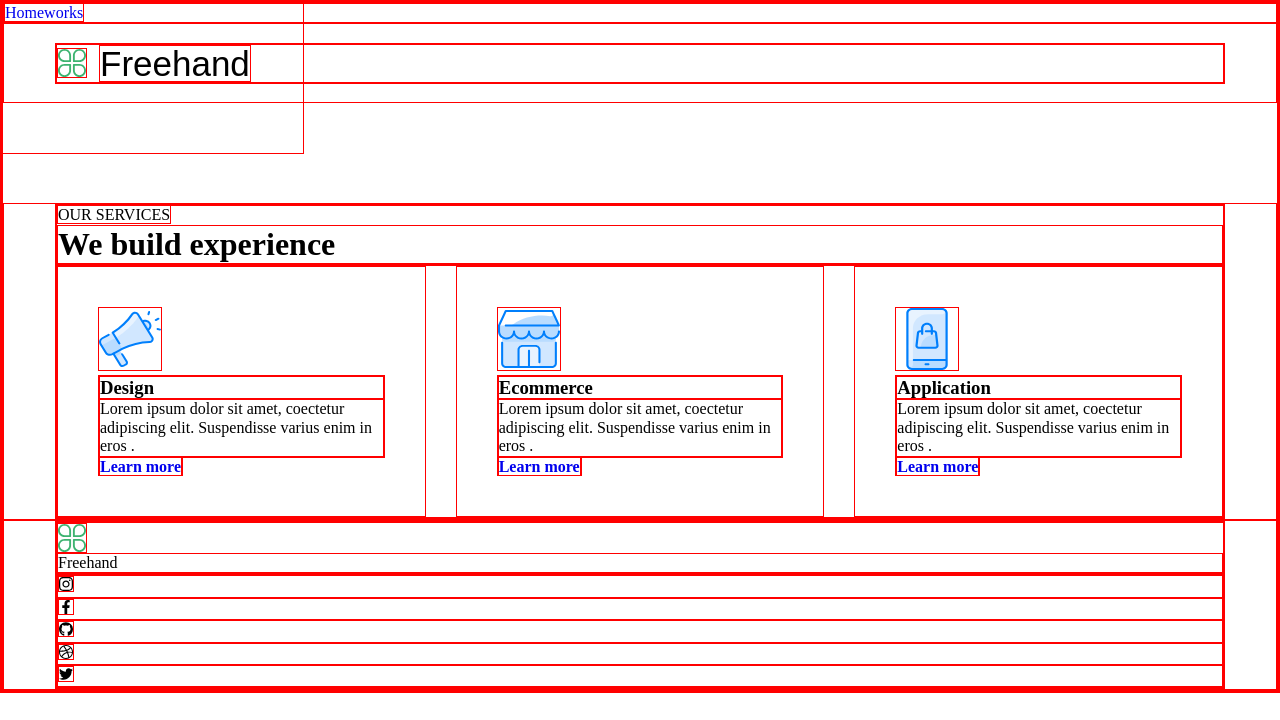
Repository: Tsiniavska/beetroot-test-project
Page: Homeworks/svg/index.html
These files come from the project's save history. The page is drawn as it stood at one moment and after the next save; the edit follows.
The browser window is 1280 px wide. The pictures show the whole page.
Some web fonts or font styles are not loaded; a fallback is used.

Above is the page before, as saved 2024-02-28 22:18:10.

### Homeworks/svg/index.html
<!DOCTYPE html>
<html lang="en">
  <head>
    <meta charset="UTF-8" />
    <meta name="viewport" content="width=device-width, initial-scale=1.0" />
    <title>SVG</title>
    <!-- Fonts -->

    <link rel="preconnect" href="https://fonts.googleapis.com" />
    <link rel="preconnect" href="https://fonts.gstatic.com" crossorigin />
    <link
      href="https://fonts.googleapis.com/css2?family=Nunito+Sans:ital,opsz,wght@0,6..12,200..1000;1,6..12,200..1000&family=Roboto&display=swap"
      rel="stylesheet"
    />
    <link rel="preconnect" href="https://fonts.googleapis.com" />
    <link rel="preconnect" href="https://fonts.gstatic.com" crossorigin />
    <link
      href="https://fonts.googleapis.com/css2?family=Quicksand:wght@500&display=swap"
      rel="stylesheet"
    />

    <!-- Styles -->
    <link rel="stylesheet" href="../../styles/normalize.css" />
    <link rel="stylesheet" href="../../styles/main.css" />
    <link rel="stylesheet" href="./index.css" />
    <link rel="stylesheet" href="./variables.css" />
  </head>
  <body>
    <!-- Icons -->
    <svg
      aria-hidden="true"
      style="position: absolute; overflow: hidden"
      xmlns="http://www.w3.org/2000/svg"
      xmlns:xlink="http://www.w3.org/1999/xlink"
    >
      <defs>
        <symbol id="icon-logo" viewBox="0 0 32 32">
          <path
            d="M7.467 0c-4.124 0-7.467 3.343-7.467 7.467s3.343 7.467 7.467 7.467v0h6.4c0.589 0 1.067-0.478 1.067-1.067v0-6.4c0-4.124-3.343-7.467-7.467-7.467v0zM2.133 7.467c0-2.946 2.388-5.333 5.333-5.333s5.333 2.388 5.333 5.333v0 5.333h-5.333c-2.946 0-5.333-2.388-5.333-5.333v0zM7.467 32c-4.124 0-7.467-3.343-7.467-7.467s3.343-7.467 7.467-7.467v0h6.4c0.589 0 1.067 0.478 1.067 1.067v0 6.4c0 4.124-3.343 7.467-7.467 7.467v0zM2.133 24.533c0 2.945 2.388 5.333 5.333 5.333s5.333-2.388 5.333-5.333v0-5.333h-5.333c-2.946 0-5.333 2.388-5.333 5.333v0zM32 7.467c0-4.124-3.343-7.467-7.467-7.467s-7.467 3.343-7.467 7.467v0 6.4c0 0.589 0.478 1.067 1.067 1.067v0h6.4c4.124 0 7.467-3.343 7.467-7.467v0zM24.533 2.133c2.945 0 5.333 2.388 5.333 5.333s-2.388 5.333-5.333 5.333v0h-5.333v-5.333c0-2.946 2.388-5.333 5.333-5.333v0zM24.533 32c4.124 0 7.467-3.343 7.467-7.467s-3.343-7.467-7.467-7.467v0h-6.4c-0.589 0-1.067 0.478-1.067 1.067v0 6.4c0 4.124 3.343 7.467 7.467 7.467v0zM29.867 24.533c0 2.945-2.388 5.333-5.333 5.333s-5.333-2.388-5.333-5.333v0-5.333h5.333c2.945 0 5.333 2.388 5.333 5.333v0z"
          ></path>
        </symbol>
        <symbol id="icon-twitter" viewBox="0 0 32 32">
          <path
            d="M28.711 9.482c0.020 0.284 0.020 0.569 0.020 0.853 0 8.67-6.599 18.66-18.66 18.66-3.716 0-7.168-1.076-10.071-2.944 0.528 0.061 1.036 0.081 1.584 0.081 3.066 0 5.888-1.036 8.142-2.802-2.883-0.061-5.3-1.949-6.132-4.548 0.406 0.061 0.812 0.102 1.239 0.102 0.589 0 1.178-0.081 1.726-0.223-3.005-0.609-5.259-3.249-5.259-6.437v-0.081c0.873 0.487 1.888 0.792 2.964 0.832-1.766-1.178-2.924-3.188-2.924-5.462 0-1.218 0.325-2.335 0.893-3.31 3.228 3.98 8.081 6.579 13.523 6.863-0.101-0.487-0.162-0.995-0.162-1.502 0-3.614 2.924-6.558 6.558-6.558 1.888 0 3.594 0.792 4.792 2.071 1.482-0.284 2.904-0.833 4.163-1.584-0.487 1.523-1.523 2.802-2.883 3.614 1.32-0.142 2.599-0.508 3.777-1.015-0.893 1.299-2.010 2.457-3.289 3.391z"
          ></path>
        </symbol>
        <symbol id="icon-facebook" viewBox="0 0 32 32">
          <path
            d="M23.446 18l0.889-5.791h-5.557v-3.758c0-1.584 0.776-3.129 3.265-3.129h2.526v-4.931c0 0-2.293-0.391-4.484-0.391-4.576 0-7.567 2.774-7.567 7.795v4.414h-5.087v5.791h5.087v14h6.261v-14h4.668z"
          ></path>
        </symbol>
        <symbol id="icon-instagram" viewBox="0 0 32 32">
          <path
            d="M16.004 7.797c-4.54 0-8.203 3.662-8.203 8.203s3.662 8.203 8.203 8.203 8.203-3.662 8.203-8.203c0-4.54-3.662-8.203-8.203-8.203zM16.004 21.333c-2.934 0-5.333-2.392-5.333-5.333s2.392-5.333 5.333-5.333 5.333 2.392 5.333 5.333c0 2.941-2.399 5.333-5.333 5.333zM26.455 7.462c0 1.064-0.857 1.913-1.913 1.913-1.064 0-1.913-0.857-1.913-1.913s0.857-1.913 1.913-1.913c1.057 0 1.913 0.857 1.913 1.913zM31.887 9.404c-0.121-2.563-0.707-4.833-2.584-6.703-1.87-1.87-4.14-2.456-6.703-2.584-2.641-0.15-10.558-0.15-13.2 0-2.556 0.121-4.826 0.707-6.703 2.577s-2.456 4.141-2.584 6.703c-0.15 2.641-0.15 10.558 0 13.2 0.121 2.563 0.707 4.833 2.584 6.703s4.141 2.456 6.703 2.584c2.641 0.15 10.558 0.15 13.2 0 2.563-0.121 4.833-0.707 6.703-2.584 1.87-1.87 2.456-4.141 2.584-6.703 0.15-2.641 0.15-10.551 0-13.193zM28.475 25.431c-0.557 1.399-1.635 2.477-3.041 3.041-2.106 0.835-7.103 0.642-9.43 0.642s-7.332 0.186-9.43-0.642c-1.399-0.557-2.477-1.635-3.041-3.041-0.835-2.106-0.643-7.103-0.643-9.431s-0.186-7.332 0.643-9.43c0.557-1.399 1.635-2.477 3.041-3.041 2.106-0.835 7.103-0.643 9.43-0.643s7.332-0.186 9.43 0.643c1.399 0.557 2.477 1.635 3.041 3.041 0.835 2.106 0.643 7.103 0.643 9.43s0.193 7.332-0.643 9.431z"
          ></path>
        </symbol>
        <symbol id="icon-github" viewBox="0 0 32 32">
          <path
            d="M10.703 25.522c0 0.129-0.148 0.232-0.335 0.232-0.213 0.019-0.361-0.084-0.361-0.232 0-0.129 0.148-0.232 0.335-0.232 0.194-0.019 0.361 0.084 0.361 0.232zM8.697 25.232c-0.045 0.129 0.084 0.277 0.277 0.316 0.168 0.065 0.361 0 0.4-0.129s-0.084-0.277-0.277-0.336c-0.168-0.045-0.355 0.019-0.4 0.148zM11.548 25.122c-0.187 0.045-0.316 0.168-0.297 0.316 0.019 0.129 0.187 0.213 0.381 0.168 0.187-0.045 0.316-0.168 0.297-0.297-0.019-0.123-0.194-0.206-0.381-0.187zM15.794 0.4c-8.948 0-15.794 6.794-15.794 15.742 0 7.155 4.503 13.277 10.935 15.432 0.826 0.148 1.116-0.361 1.116-0.781 0-0.4-0.019-2.607-0.019-3.961 0 0-4.516 0.968-5.465-1.923 0 0-0.736-1.877-1.794-2.361 0 0-1.477-1.013 0.103-0.993 0 0 1.606 0.129 2.49 1.664 1.413 2.49 3.781 1.774 4.703 1.348 0.148-1.032 0.568-1.748 1.032-2.174-3.606-0.4-7.245-0.923-7.245-7.129 0-1.774 0.49-2.665 1.523-3.8-0.168-0.419-0.716-2.148 0.168-4.381 1.348-0.419 4.452 1.742 4.452 1.742 1.29-0.361 2.677-0.548 4.052-0.548s2.761 0.187 4.052 0.548c0 0 3.103-2.168 4.452-1.742 0.884 2.239 0.336 3.961 0.168 4.381 1.032 1.142 1.664 2.032 1.664 3.8 0 6.226-3.8 6.723-7.406 7.129 0.594 0.51 1.097 1.477 1.097 2.993 0 2.174-0.019 4.865-0.019 5.394 0 0.419 0.297 0.929 1.116 0.781 6.452-2.142 10.826-8.264 10.826-15.419 0-8.948-7.258-15.742-16.206-15.742zM6.271 22.651c-0.084 0.064-0.064 0.213 0.045 0.335 0.103 0.103 0.252 0.148 0.335 0.065 0.084-0.065 0.064-0.213-0.045-0.336-0.103-0.103-0.252-0.148-0.335-0.064zM5.574 22.129c-0.045 0.084 0.019 0.187 0.148 0.252 0.103 0.064 0.232 0.045 0.277-0.045 0.045-0.084-0.019-0.187-0.148-0.252-0.129-0.039-0.232-0.019-0.277 0.045zM7.665 24.425c-0.103 0.084-0.064 0.277 0.084 0.4 0.148 0.148 0.336 0.168 0.419 0.065 0.084-0.084 0.045-0.277-0.084-0.4-0.142-0.148-0.335-0.168-0.419-0.065zM6.929 23.477c-0.103 0.064-0.103 0.232 0 0.381s0.277 0.213 0.361 0.148c0.103-0.084 0.103-0.252 0-0.4-0.090-0.148-0.258-0.213-0.361-0.129z"
          ></path>
        </symbol>
        <symbol id="icon-dribbble" viewBox="0 0 32 32">
          <path
            d="M16 0c-8.822 0-16 7.178-16 16s7.178 16 16 16c8.822 0 16-7.178 16-16s-7.178-16-16-16zM26.579 7.378c1.903 2.326 3.056 5.288 3.086 8.513-0.451-0.095-4.969-1.012-9.516-0.44-0.371-0.906-0.721-1.703-1.201-2.685 5.053-2.063 7.343-4.999 7.631-5.389zM25.059 5.798c-0.246 0.35-2.303 3.115-7.163 4.937-2.239-4.115-4.722-7.495-5.099-8.001 4.334-1.045 8.901 0.082 12.262 3.064zM10.19 3.653c0.36 0.494 2.802 3.878 5.067 7.904-6.393 1.698-12.023 1.673-12.634 1.665 0.886-4.241 3.744-7.765 7.568-9.569zM2.334 16.021c0-0.14 0.003-0.279 0.007-0.418 0.598 0.012 7.221 0.098 14.046-1.945 0.391 0.766 0.765 1.543 1.108 2.319-4.942 1.392-9.432 5.389-11.647 9.181-2.183-2.423-3.513-5.628-3.513-9.138zM7.611 26.802c1.428-2.918 5.302-6.685 10.811-8.565 1.919 4.986 2.712 9.165 2.915 10.364-4.394 1.872-9.678 1.358-13.727-1.799zM23.636 27.35c-0.14-0.831-0.867-4.832-2.655-9.744 4.283-0.685 8.045 0.437 8.513 0.584-0.609 3.803-2.792 7.087-5.858 9.16z"
          ></path>
        </symbol>
        <symbol id="icon-phone" viewBox="0 0 32 32">
          <path
            class="icon-change-color"
            fill="#d1e7ff"
            style="fill: var(--color1, #d1e7ff)"
            d="M23.839 0.533c1.259 0 2.28 0.955 2.28 2.133v26.667c0 1.178-1.021 2.133-2.28 2.133h-15.678c-1.259 0-2.28-0.955-2.28-2.133v-26.667c0-1.178 1.021-2.133 2.28-2.133h15.678z"
          ></path>
          <path
            class="icon-change-color"
            fill="#b9dcff"
            style="fill: var(--color2, #b9dcff)"
            d="M19.586 11.981c0.546 0 1.003 0.385 1.063 0.892l0.762 6.552c0.069 0.591-0.426 1.108-1.063 1.108h-8.697c-0.636 0-1.132-0.517-1.063-1.108l0.762-6.552c0.059-0.507 0.517-0.892 1.063-0.892h7.172z"
          ></path>
          <path
            class="icon-change-color"
            fill="#e8f3ff"
            style="fill: var(--color3, #e8f3ff)"
            d="M23.947 0.536c1.834 0.080 1.737 2.664-0.099 2.664h-7.42c-4.251 0-7.696 3.224-7.696 7.2v21.067h-0.57c-1.259 0-2.28-0.955-2.28-2.133v-26.667c0-1.178 1.021-2.133 2.28-2.133 0.103 0 15.702-0.001 15.786 0.002z"
          ></path>
          <path
            class="icon-change-color"
            fill="#b9dcff"
            style="fill: var(--color2, #b9dcff)"
            d="M26.119 26.8v2.533c0 1.178-1.021 2.133-2.28 2.133h-15.678c-1.259 0-2.28-0.955-2.28-2.133v-2.533h20.238z"
          ></path>
          <path
            class="icon-change-color"
            fill="#d1e7ff"
            style="fill: var(--color1, #d1e7ff)"
            d="M8.731 26.8v2.541c0 1.737-2.85 1.826-2.85-0.008v-2.533h2.85z"
          ></path>
          <path
            class="icon-change-color"
            fill="#d1e7ff"
            style="fill: var(--color1, #d1e7ff)"
            d="M19.586 13.981c-3.453 0-6.276 2.432-6.64 5.565-0.065 0.562-0.572 0.987-1.176 0.987h-0.118c-0.636 0-1.132-0.517-1.063-1.108l0.762-6.552c0.059-0.507 0.517-0.892 1.063-0.892h7.172c0.545 0 1.003 0.384 1.063 0.892 0.069 0.593-0.427 1.108-1.062 1.108z"
          ></path>
          <path
            class="icon-change-color"
            fill="#007ffc"
            style="fill: var(--color4, #007ffc)"
            d="M23.839 0h-15.678c-1.572 0-2.85 1.196-2.85 2.667v26.667c0 1.47 1.279 2.667 2.85 2.667h15.678c1.572 0 2.851-1.196 2.851-2.667v-26.667c0-1.47-1.279-2.667-2.851-2.667zM23.839 30.933h-15.678c-0.943 0-1.71-0.718-1.71-1.6v-26.667c0-0.882 0.767-1.6 1.71-1.6h15.678c0.943 0 1.71 0.718 1.71 1.6v23.6h-16.319c-0.315 0-0.57 0.239-0.57 0.533s0.255 0.533 0.57 0.533h16.319v2c0 0.882-0.767 1.6-1.71 1.6zM17.283 29c0 0.295-0.255 0.533-0.57 0.533h-1.425c-0.315 0-0.57-0.239-0.57-0.533s0.255-0.533 0.57-0.533h1.425c0.315 0 0.57 0.239 0.57 0.533zM11.652 21.067h8.697c0.975 0 1.735-0.793 1.629-1.699l-0.762-6.552c-0.091-0.779-0.791-1.367-1.629-1.367h-0.528v-0.987c-0-1.578-1.372-2.861-3.058-2.861s-3.058 1.283-3.058 2.861v0.987h-0.528c-0.838 0-1.539 0.588-1.629 1.367l-0.762 6.552c-0.106 0.907 0.655 1.699 1.629 1.699zM11.156 19.483l0.762-6.552c0.028-0.237 0.241-0.416 0.496-0.416h0.528v0.832c0 0.295 0.255 0.533 0.57 0.533s0.57-0.239 0.57-0.533v-2.886c0-0.989 0.86-1.794 1.918-1.794s1.918 0.805 1.918 1.794v0.987h-2.466c-0.315 0-0.57 0.239-0.57 0.533s0.255 0.533 0.57 0.533h2.466v0.832c0 0.295 0.255 0.533 0.57 0.533s0.57-0.239 0.57-0.533v-0.832h0.528c0.255 0 0.468 0.179 0.496 0.416l0.762 6.552c0.032 0.276-0.198 0.517-0.496 0.517h-8.697c-0.297 0-0.528-0.24-0.496-0.517z"
          ></path>
        </symbol>
        <symbol id="icon-megaphone" viewBox="0 0 32 32">
          <path
            fill="#d1e7ff"
            style="fill: var(--color1, #d1e7ff)"
            d="M27.482 15.2c0.639 1.036-0.127 2.337-1.405 2.383-4.667 0.171-9.425 1.261-13.911 3.408l-1.483 0.801c0 0.006-0.020-0.033 3.591 5.843 0.331 0.538 0.135 1.224-0.439 1.535l-1.17 0.632c-0.574 0.31-1.309 0.126-1.64-0.412l-3.602-5.836-0.585 0.316c-1.149 0.62-2.617 0.252-3.281-0.823l-2.701-4.377c-0.663-1.075-0.269-2.449 0.879-3.069l5.329-2.878c4.072-2.464 7.523-5.728 10.11-9.566 0.682-1.012 2.269-0.983 2.909 0.053l2.311 3.746c1.328-0.717 3.027-0.291 3.793 0.951s0.311 2.831-1.017 3.548l2.312 3.746z"
          ></path>
          <path
            fill="#d1e7ff"
            style="fill: var(--color1, #d1e7ff)"
            d="M26.186 7.906c0.767 1.242 0.311 2.831-1.017 3.548l-2.777-4.499c1.328-0.717 3.027-0.291 3.793 0.951z"
          ></path>
          <path
            fill="#e8f3ff"
            style="fill: var(--color3, #e8f3ff)"
            d="M20.082 3.209c0.319 0.517 0.299 1.159-0.054 1.657-2.848 4.014-6.664 7.641-11.332 10.466l-6.243 3.372c-0.429 0.232-0.768 0.553-1.005 0.924l-0.592-0.959c-0.663-1.075-0.269-2.449 0.879-3.069l5.329-2.878c4.072-2.464 7.523-5.728 10.11-9.566 0.682-1.012 2.269-0.983 2.909 0.053z"
          ></path>
          <path
            fill="#b9dcff"
            style="fill: var(--color2, #b9dcff)"
            d="M7.063 12.723l5.103 8.269c-1.023 0.552-4.308 2.326-5.329 2.878-1.149 0.62-2.617 0.252-3.281-0.823l-2.701-4.377c-0.663-1.075-0.269-2.449 0.879-3.069l5.329-2.878z"
          ></path>
          <path
            fill="#d1e7ff"
            style="fill: var(--color1, #d1e7ff)"
            d="M8.679 15.341c-6.781 3.662-6.331 3.407-6.55 3.566-0.412 0.3-1.013 0.185-1.274-0.238-0.663-1.075-0.269-2.449 0.879-3.069l5.329-2.878 1.616 2.619z"
          ></path>
          <path
            fill="#b9dcff"
            style="fill: var(--color2, #b9dcff)"
            d="M11.653 23.373c-1.897 1.028-0.501 0.271-3.257 1.759l-0.975-1.578 3.261-1.761 0.971 1.58z"
          ></path>
          <path
            fill="#b9dcff"
            style="fill: var(--color2, #b9dcff)"
            d="M26.020 10.741c-0.22 0.283-0.506 0.528-0.851 0.713l-2.777-4.499c0.345-0.186 0.715-0.295 1.086-0.332 0.14 0.226 2.419 3.921 2.541 4.118z"
          ></path>
          <path
            fill="#007ffc"
            style="fill: var(--color4, #007ffc)"
            d="M25.877 11.602c2.081-1.591 1.362-4.736-1.238-5.388-0.68-0.17-1.383-0.135-2.028 0.095l-2.067-3.349c-0.841-1.363-2.927-1.399-3.822-0.070-2.542 3.772-5.928 6.98-9.949 9.414-0.229 0.138-0.314 0.424-0.178 0.657 0.022 0.037 3.445 5.583 3.468 5.62 0.147 0.239 0.473 0.32 0.729 0.183s0.342-0.443 0.195-0.682l-3.21-5.202c3.834-2.397 7.229-5.571 9.848-9.458 0.468-0.695 1.557-0.674 1.996 0.037l7.4 11.991c0.439 0.711-0.087 1.604-0.964 1.636-4.917 0.179-9.732 1.356-14.133 3.462-0.019 0.009-5.009 2.705-5.353 2.89-0.892 0.482-2.037 0.195-2.552-0.64l-2.701-4.378c-0.515-0.834-0.208-1.905 0.684-2.387l3.251-1.756c0.255-0.138 0.342-0.443 0.195-0.682s-0.474-0.32-0.729-0.183l-3.251 1.756c-1.401 0.757-1.883 2.439-1.074 3.75l2.702 4.377c0.809 1.311 2.608 1.762 4.009 1.005l0.123-0.066 3.335 5.404c0.479 0.776 1.538 1.042 2.369 0.594l1.17-0.632c0.83-0.448 1.114-1.439 0.635-2.216l-2.364-3.83c-0.147-0.239-0.474-0.32-0.729-0.183s-0.342 0.443-0.195 0.682l2.364 3.83c0.184 0.299 0.075 0.68-0.244 0.853l-1.17 0.632c-0.319 0.172-0.727 0.070-0.912-0.229l-3.335-5.404 4.27-2.307c4.179-1.997 8.828-3.171 13.677-3.347 1.681-0.061 2.686-1.771 1.846-3.132l-2.067-3.349zM25.724 8.155c0.527 0.853 0.337 1.912-0.391 2.565l-2.179-3.531c0.955-0.262 2.035 0.099 2.57 0.966zM30.941 5.937l-1.38 0.745c-0.255 0.138-0.581 0.056-0.729-0.183s-0.060-0.544 0.195-0.682l1.38-0.745c0.255-0.138 0.581-0.056 0.729 0.183s0.060 0.544-0.195 0.682zM25.006 3.093l0.337-1.175c0.076-0.266 0.369-0.424 0.653-0.353s0.453 0.345 0.377 0.611l-0.337 1.175c-0.076 0.265-0.368 0.424-0.653 0.353-0.284-0.071-0.453-0.345-0.377-0.611zM31.982 11.265c-0.064 0.223-0.279 0.37-0.515 0.37-0.096 0-0.029 0.010-1.394-0.332-0.285-0.071-0.453-0.345-0.377-0.611s0.369-0.424 0.653-0.353l1.256 0.315c0.284 0.071 0.453 0.345 0.377 0.611z"
          ></path>
        </symbol>
        <symbol id="icon-building" viewBox="0 0 32 32">
          <path
            fill="#d1e7ff"
            style="fill: var(--color1, #d1e7ff)"
            d="M29.862 12.11v16.36c0 1.102-0.955 1.995-2.133 1.995h-23.461c-1.178 0-2.133-0.893-2.133-1.995 0-15.466-0.001-12.569 0.005-16.36h27.722z"
          ></path>
          <path
            fill="#b9dcff"
            style="fill: var(--color2, #b9dcff)"
            d="M29.862 12.11v3.779c0 0.818-0.701 1.495-1.575 1.498-0.010 0-24.561 0-24.578 0-0.874-0.004-1.574-0.681-1.574-1.498 0-1.091-0.001-0.338 0.005-3.779h27.722z"
          ></path>
          <path
            fill="#e8f3ff"
            style="fill: var(--color3, #e8f3ff)"
            d="M21.397 21.549v8.916h-10.798v-8.916c0-1.102 0.955-1.995 2.133-1.995h6.532c1.178 0 2.133 0.893 2.133 1.995z"
          ></path>
          <path
            fill="#b9dcff"
            style="fill: var(--color2, #b9dcff)"
            d="M31.462 12.11c0 1.996-1.73 3.617-3.866 3.617s-3.866-1.619-3.866-3.617c0 1.997-1.731 3.617-3.866 3.617s-3.866-1.619-3.866-3.617c0 1.997-1.731 3.617-3.866 3.617s-3.866-1.619-3.866-3.617c-0.003 1.984-1.749 3.617-3.866 3.617-2.114 0-3.862-1.63-3.866-3.617 0-3.143-0.009-2.95 0.023-3.094 0.032-0.142-0.19 0.36 3.164-6.881 0.169-0.365 0.554-0.601 0.978-0.601h22.595c0.424 0 0.809 0.236 0.978 0.601 3.356 7.246 3.132 6.74 3.164 6.881 0.032 0.144 0.023-0.053 0.023 3.094z"
          ></path>
          <path
            fill="#b9dcff"
            style="fill: var(--color2, #b9dcff)"
            d="M31.462 12.11c0 1.996-1.73 3.616-3.866 3.616s-3.866-1.619-3.866-3.616c0 1.997-1.731 3.616-3.866 3.616s-3.866-1.619-3.866-3.616c0 1.997-1.731 3.616-3.866 3.616s-3.866-1.619-3.866-3.616c-0.003 1.984-1.749 3.616-3.866 3.616-2.114 0-3.862-1.63-3.866-3.616-0.005-3.16-0.004-2.971 0.023-3.094h30.88c0.032 0.144 0.023-0.053 0.023 3.094z"
          ></path>
          <path
            fill="#fff"
            style="fill: var(--color5, #fff)"
            d="M27.008 4.2c-6.77-0.872-13.603 0.246-19.129 4.142-0.622 0.439-1.38 0.675-2.159 0.675h-5.16c0.032-0.142-0.19 0.36 3.164-6.881 0.169-0.365 0.554-0.601 0.978-0.601h22.595c0.425 0 0.809 0.236 0.978 0.601l0.149 0.321c0.416 0.899-0.378 1.878-1.415 1.744z"
          ></path>
          <path
            fill="#007ffc"
            style="fill: var(--color4, #007ffc)"
            d="M30.395 17.933v10.538c0 1.375-1.196 2.494-2.666 2.494h-23.461c-1.47 0-2.666-1.119-2.666-2.494v-10.538c0-0.275 0.239-0.499 0.533-0.499s0.533 0.223 0.533 0.499v10.538c0 0.825 0.718 1.497 1.6 1.497h5.799v-8.418c0-1.375 1.196-2.494 2.666-2.494h6.532c1.47 0 2.666 1.119 2.666 2.494v6.422c0 0.275-0.239 0.499-0.533 0.499s-0.533-0.223-0.533-0.499v-6.422c0-0.825-0.718-1.497-1.6-1.497h-6.532c-0.882 0-1.6 0.671-1.6 1.497v8.418h4.332v-7.857c0-0.275 0.239-0.499 0.533-0.499s0.533 0.223 0.533 0.499v7.857h11.197c0.882 0 1.6-0.671 1.6-1.497v-10.538c0-0.275 0.239-0.499 0.533-0.499s0.533 0.223 0.533 0.499zM3.468 9.016c0 0.275 0.239 0.499 0.533 0.499 29.011 0 27.573 0.049 27.785-0.104 0.111-0.080 0.183-0.195 0.203-0.326 0.030-0.2 0.221 0.293-3.504-7.75-0.085-0.182-0.277-0.3-0.489-0.3h-23.994c-0.212 0-0.405 0.118-0.489 0.3l-3.466 7.482c-0.061 0.132-0.044-0.078-0.044 3.293 0.004 2.269 1.977 4.115 4.399 4.115 1.665 0 3.118-0.872 3.865-2.155 1.668 2.868 6.062 2.871 7.733 0.002 1.67 2.867 6.061 2.867 7.732 0 0.746 1.281 2.199 2.153 3.866 2.153 2.426 0 4.399-1.846 4.399-4.115 0-0.275-0.239-0.499-0.533-0.499s-0.533 0.223-0.533 0.499c0 1.719-1.495 3.118-3.333 3.118s-3.332-1.399-3.332-3.118c0-0.275-0.239-0.499-0.533-0.499s-0.533 0.223-0.533 0.499c0 1.719-1.495 3.118-3.333 3.118s-3.333-1.399-3.333-3.118c0-0.275-0.239-0.499-0.533-0.499s-0.533 0.223-0.533 0.499c0 1.719-1.495 3.118-3.333 3.118-1.797 0-3.332-1.351-3.332-3.143 0-0.275-0.239-0.499-0.533-0.499s-0.533 0.223-0.533 0.499c0 1.777-1.526 3.143-3.333 3.143-1.835 0-3.33-1.399-3.333-3.118v-2.99l3.283-7.087h23.294l3.004 6.485h-26.648c-0.295 0-0.533 0.223-0.533 0.499z"
          ></path>
        </symbol>
      </defs>
    </svg>

    <div class="app">
      <!-- link homeworks -->
      <div>
        <a href="../../index.html">Homeworks</a>
      </div>

      <!-- Header -->
      <header class="header">
        <div class="wrapper">
          <div class="header-wrapper">
            <svg class="icon icon-logo">
              <use xlink:href="#icon-logo"></use>
            </svg>
            <div class="header-title">Freehand</div>
          </div>
        </div>
      </header>

      <!-- Main-->
      <main class="content">
        <div class="wrapper">
          <div class="content-topic">
            <span>OUR SERVICES</span>
            <h1 class="content-title">We build experience</h1>
          </div>

          <!-- content colums -->
          <div class="content-blocks">
            <div class="content-blocks-item">
              <svg class="icon icon-megaphone icon-content">
                <use xlink:href="#icon-megaphone"></use>
              </svg>
              <div class="content-blocks-item-text">
                <h3>Design</h3>
                <p>
                  Lorem ipsum dolor sit amet, coectetur adipiscing elit.
                  Suspendisse varius enim in eros .
                </p>
              </div>

              <a class="content-blocks-link" href="#"><b>Learn more</b></a>
            </div>
            <div class="content-blocks-item">
              <svg class="icon icon-building icon-content">
                <use xlink:href="#icon-building"></use>
              </svg>
              <div class="content-blocks-item-text">
                <h3>Ecommerce</h3>
                <p>
                  Lorem ipsum dolor sit amet, coectetur adipiscing elit.
                  Suspendisse varius enim in eros .
                </p>
              </div>

              <a class="content-blocks-link" href="#"><b>Learn more</b></a>
            </div>

            <div class="content-blocks-item">
              <svg class="icon icon-phone icon-content">
                <use xlink:href="#icon-phone"></use>
              </svg>
              <div class="content-blocks-item-text">
                <h3>Application</h3>
                <p>
                  Lorem ipsum dolor sit amet, coectetur adipiscing elit.
                  Suspendisse varius enim in eros .
                </p>
              </div>

              <a class="content-blocks-link" href="#"><b>Learn more</b></a>
            </div>
          </div>
        </div>
      </main>

      <!-- Footer -->
      <footer class="footer">
        <div class="wrapper footer-content">
          <div class="footer-logo">
            <svg class="icon icon-logo">
              <use xlink:href="#icon-logo"></use>
            </svg>
            <div class="footer-title">Freehand</div>
          </div>
          <div class="footer-icon-block">
            <div class="footer-icon-block-item">
              <svg class="icon icon-instagram icon-footer-size">
                <use xlink:href="#icon-instagram"></use>
              </svg>
            </div>
            <div class="footer-icon-block-item">
              <svg class="icon icon-facebook icon-footer-size">
                <use xlink:href="#icon-facebook"></use>
              </svg>
            </div>
            <div class="footer-icon-block-item">
              <svg class="icon icon-github icon-footer-size">
                <use xlink:href="#icon-github"></use>
              </svg>
            </div>
            <div class="footer-icon-block-item">
              <svg class="icon icon-dribbble icon-footer-size">
                <use xlink:href="#icon-dribbble"></use>
              </svg>
            </div>
            <div class="footer-icon-block-item">
              <svg class="icon icon-twitter icon-footer-size">
                <use xlink:href="#icon-twitter"></use>
              </svg>
            </div>
          </div>
        </div>
      </footer>
    </div>
  </body>
</html>

### styles/main.css
/* Global */
* {
  /* TODO removed */
  border: 1px solid red;
  box-sizing: border-box;
  padding: 0;
  margin: 0;
}

/* Body */
body {
  font-size: 16px;
}

/* Titles */
h1,
h2,
h3,
h4,
h5,
h6 {
  margin-bottom: 0;
  margin-top: 0;
}

img {
  width: 100%;
}

a {
  text-decoration: none;
}

ul {
  list-style-type: none;
}

.icon {
  display: inline-block;
  width: 1em;
  height: 1em;
  stroke-width: 0;
  stroke: currentColor;
  fill: currentColor;
}

### Homeworks/svg/index.css
.wrapper {
  max-width: 1170px;
  width: 100%;
  margin: 0 auto;
}

/* Header */

.header {
  min-height: var(--h-header);
  width: 100%;
  display: flex;
  align-items: center;
}

.header-wrapper {
  display: flex;
  align-items: center;
  gap: 12px;
}

.icon-logo {
  width: 30px;
  height: 30px;
  color: var(--c-green);
  display: flex;
}

.header-title {
  font-family: var(--f-logo);
  font-size: 35px;
  line-height: 35px;
}

/* Content blocks */

.content {
  margin-top: 100px;
}

.content-blocks {
  display: flex;
  align-items: center;
  gap: 30px;
}

.content-blocks-item {
  padding: 40px;
}

.icon-content {
  width: 64px;
  height: 64px;
}

.content-blocks-item-text {
  font-family: var(--f-text: "Roboto", sans-serif);
}

### Homeworks/svg/variables.css
:root {
  /* Color */
  --c-green: #3db370;
  --c-dark-blue: #16133d;
  --c-silver: #e5eaf4;
  --c-silver-2: #efeef3;
  --c-white: #ffffff;
  /* Fonts */
  --f-h1: "Nunito Sans", sans-serif;
  --f-text: "Roboto", sans-serif;
  --f-logo: "Quicksand", sans-serif;
  /* Height */
  --h-header: 80px;
  --h-footer: 210px;
}

Loaded but not shown: styles/normalize.css (library)

After the next save:
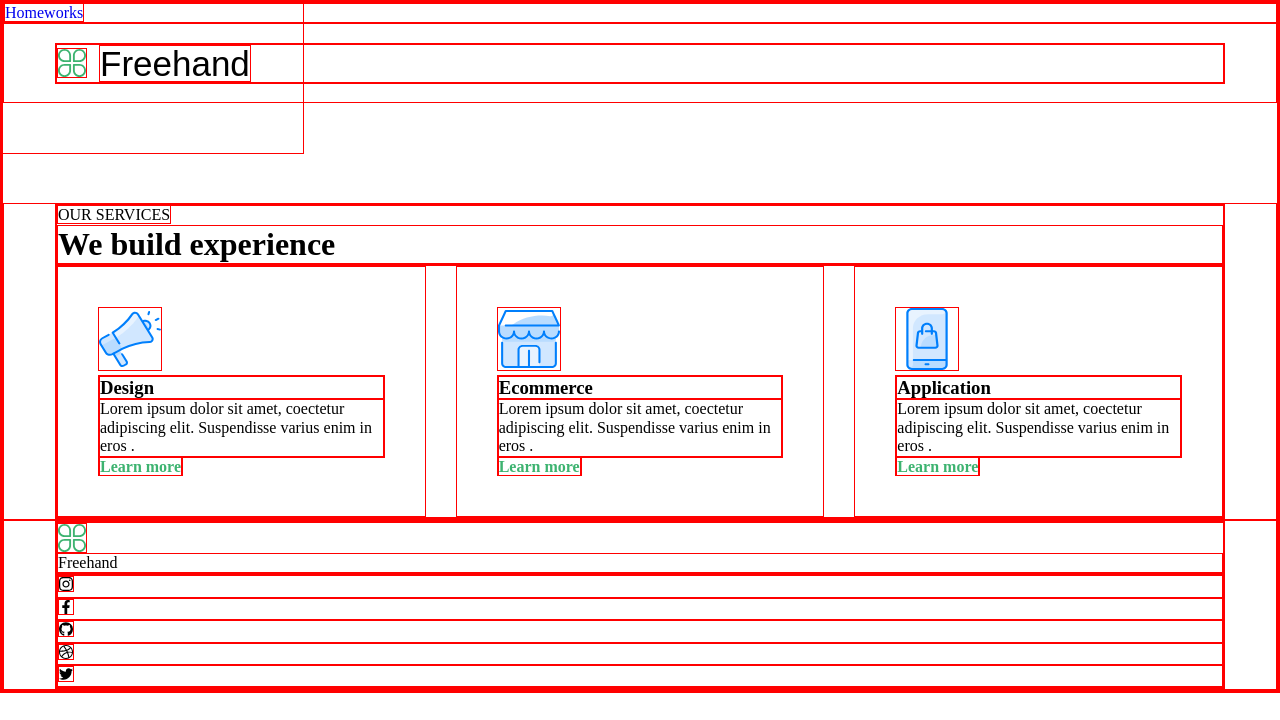
Saved 73 s later.
--- a/Homeworks/svg/index.css
+++ b/Homeworks/svg/index.css
@@ -56,3 +56,7 @@
 .content-blocks-item-text {
   font-family: var(--f-text: "Roboto", sans-serif);
 }
+
+.content-blocks-link {
+  color: var(--c-green);
+}
